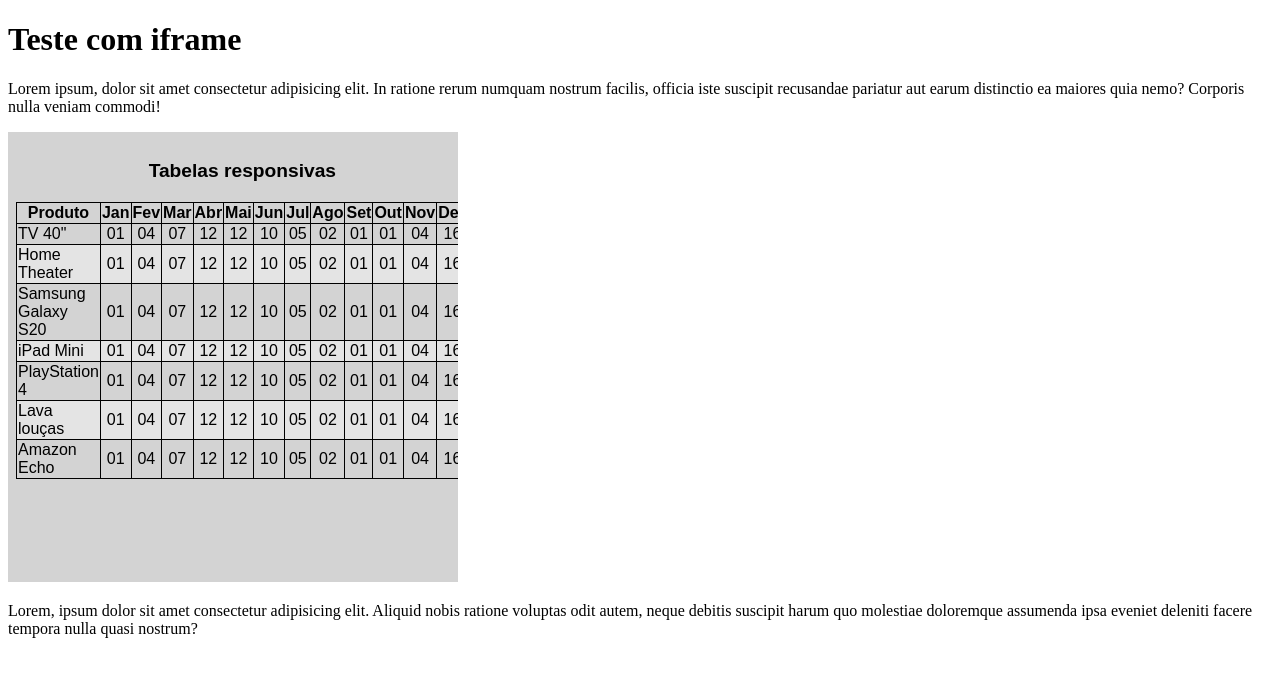
Repository: railsondev/html-css
Page: Módulo4/Exercício/iframe002.html
These files come from the project's save history. The page is drawn as it stood at one moment and after a run of saves; the edit follows.
The browser window is 1280 px wide. The pictures show the whole page.

Above is the page before, as saved 2024-10-22 22:17:57.

After the next 2 saves:
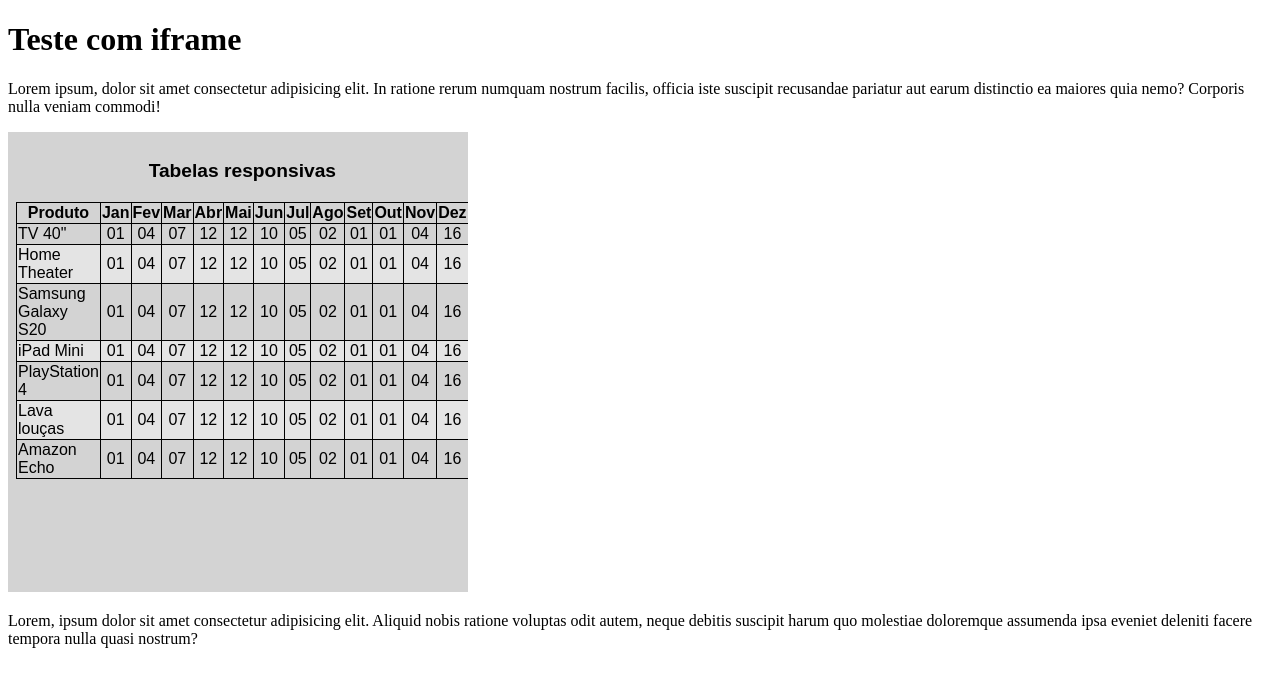
The 2 saves are shown as one change because they came seconds apart.
The last was saved 15 s later.
--- a/Módulo4/Exercício/iframe002.html
+++ b/Módulo4/Exercício/iframe002.html
@@ -8,7 +8,7 @@
 <body>
   <h1>Teste com iframe</h1>
   <p>Lorem ipsum, dolor sit amet consectetur adipisicing elit. In ratione rerum numquam nostrum facilis, officia iste suscipit recusandae pariatur aut earum distinctio ea maiores quia nemo? Corporis nulla veniam commodi!</p>
-  <iframe src="pag01.html" frameborder="0" height="450px" width="450px"></iframe>
+  <iframe src="pag01.html" frameborder="0" height="460px" width="460px"></iframe>
   <p>Lorem, ipsum dolor sit amet consectetur adipisicing elit. Aliquid nobis ratione voluptas odit autem, neque debitis suscipit harum quo molestiae doloremque assumenda ipsa eveniet deleniti facere tempora nulla quasi nostrum?</p>
 </body>
 </html>
